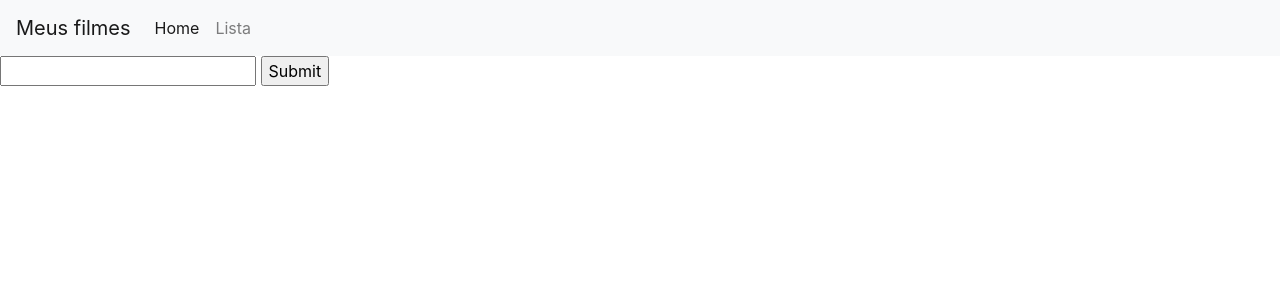
Repository: fernandoblumenau/javaWEB
Page: http://localhost/MeusFilmes/
An editor plug-in stored every save of this project. The page is shown before and after the next save, followed by the edit.
The browser window is 1280 px wide. The pictures show the whole page.
The page is served by Tomcat 10.

Above is the page before, as saved 2022-03-25 21:39:32.

After the next save:
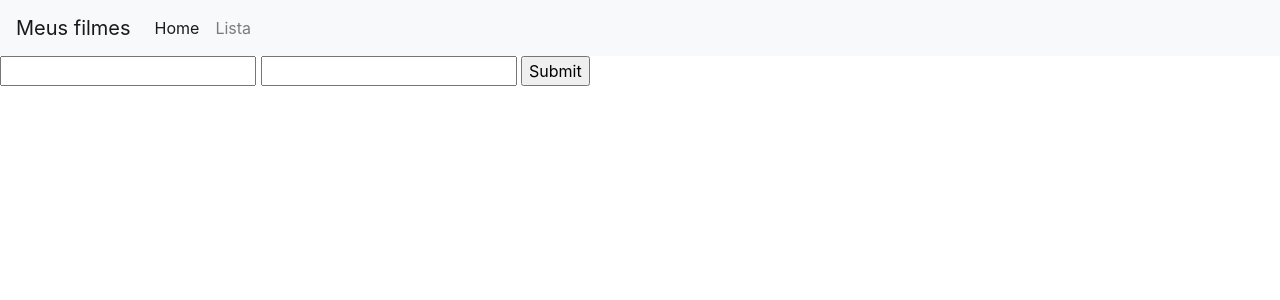
Saved 2 min 43 s later.
--- a/MeusFilmes/src/main/webapp/WEB-INF/home.jsp
+++ b/MeusFilmes/src/main/webapp/WEB-INF/home.jsp
@@ -38,6 +38,8 @@
 <form action="" method="get">
 
 <input type="text" name="nome">
+<input type="text" name="cidade">
+
 <input type="submit">
 </form>
 
